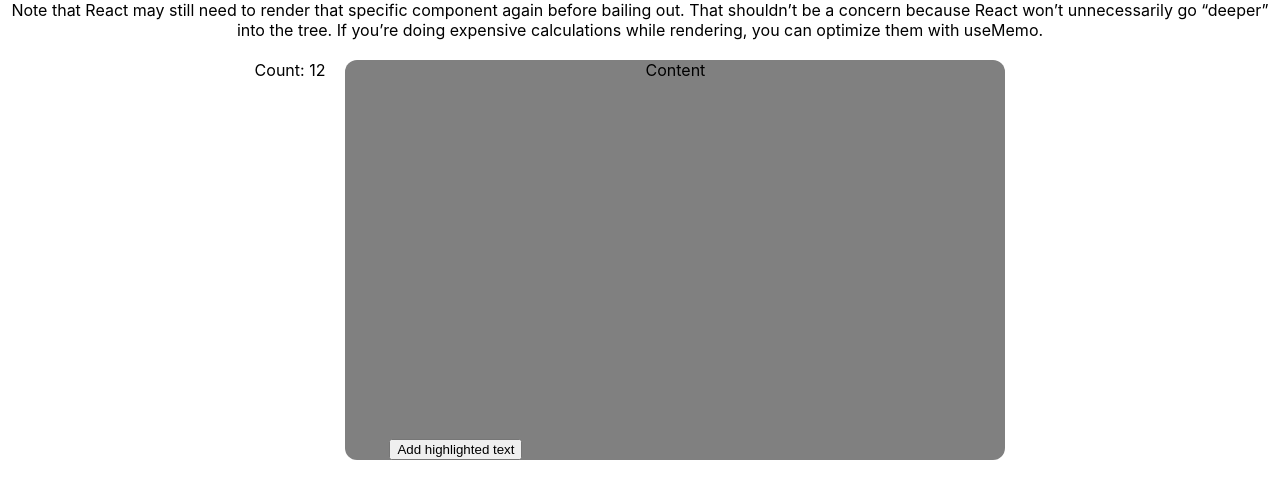
Repository: Farbod29/React-text-highlighter-with-hook-
Page: /
An editor plug-in stored every save of this project. The page is shown before and after a run of saves, followed by the edit.
The browser window is 1280 px wide. The pictures show the whole page.
The project was rebuilt for these pictures with package versions that can differ from the ones it lists, and the page was loaded fresh each time.

Above is the page before, as saved 2022-02-18 21:29:25.

### src/App.js
import './App.css';
import Highlighter from './highlighter';
function App() {
  return (
    <div className="App">
      <Highlighter />
    </div>
  );
}

export default App;

### src/highlighter.js
import React, { useEffect, useState } from 'react';

export default function Highlighter() {
  let doit = () => {
    document.onmouseup = () => {
      console.log(window.getSelection().toString());
    };
  };
  const [count, setCount] = useState(12);
  return (
    <>
      <div>
        {' '}
        Note that React may still need to render that specific component again
        before bailing out. That shouldn’t be a concern because React won’t
        unnecessarily go “deeper” into the tree. If you’re doing expensive
        calculations while rendering, you can optimize them with useMemo.
      </div>
      Count: {count}
      {/* <button onClick={() => setCount((prevCount) => prevCount - 1)}>-</button> */}
      <div
        style={{
          padding: '0px 10px',
          height: '400px',
          width: '50vw',
          margin: '20px',
          borderRadius: '12px',
          backgroundColor: 'gray',
          inline: true,
          fontColor: 'red',
          display: 'inline-block',
          textAlign: 'center',
          position: 'relative',
        }}
      >
        Content
        <div style={{ position: 'absolute', bottom: '0', left: '44px' }}>
          <button onClick={() => setCount(12)}> Add highlighted text </button>
        </div>
      </div>
      {doit()}
    </>
  );
}

Loaded but not shown: public/index.html (common file); src/index.js (common file); src/index.css (common file); src/reportWebVitals.js (common file); src/App.css (common file)

After the next 2 saves:
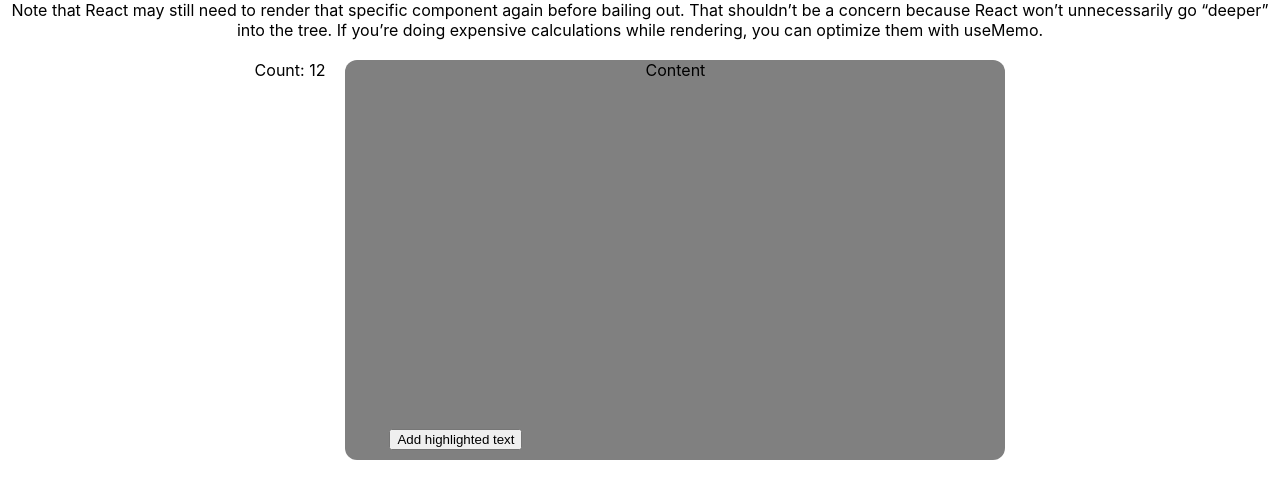
The 2 saves are shown as one change because they came seconds apart.
The last was saved 12 s later.
--- a/src/highlighter.js
+++ b/src/highlighter.js
@@ -34,7 +34,7 @@ export default function Highlighter() {
         }}
       >
         Content
-        <div style={{ position: 'absolute', bottom: '0', left: '44px' }}>
+        <div style={{ position: 'absolute', bottom: '10px', left: '44px' }}>
           <button onClick={() => setCount(12)}> Add highlighted text </button>
         </div>
       </div>
